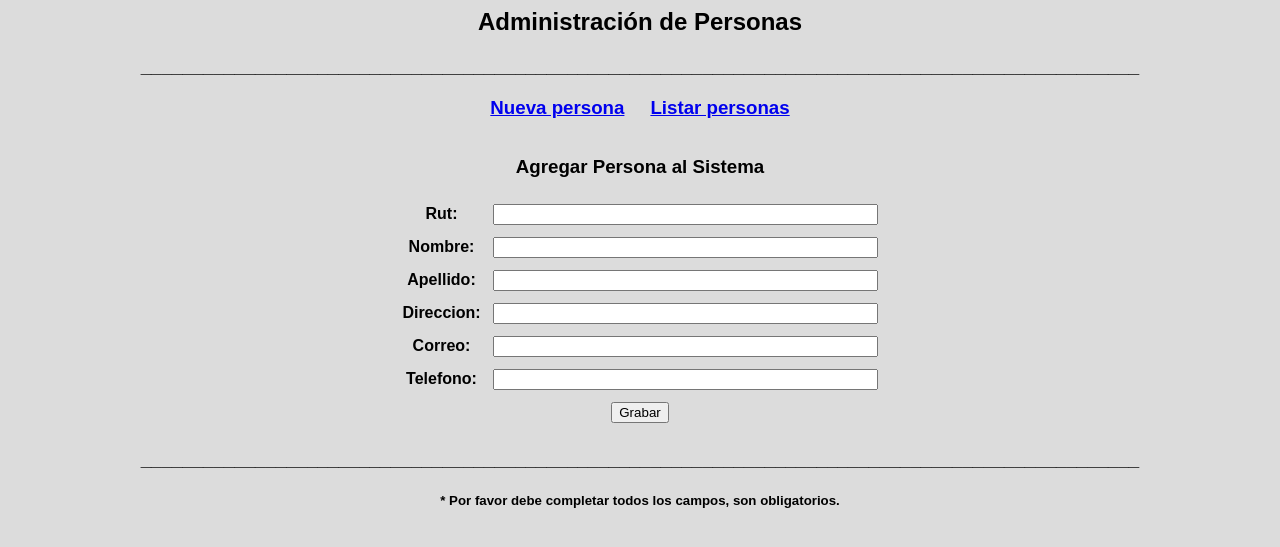
Repository: miguelalvarezcl/examen
Page: http://localhost/CtaCorriente/newpersona
The author's editor kept a copy of each file at every save. The page is drawn from the files as they stood at one save, then again after the next save.
The browser window is 1280 px wide. The pictures show the whole page.
The page is served by Tomcat 9. Other server files are loaded and not shown.

Above is the page before, as saved 2021-11-13 21:57:19.

### CtaCorriente/WebContent/FormularioPersona.jsp
<%@ page language="java" contentType="text/html; charset=UTF-8"
    pageEncoding="UTF-8"%>
<%@ taglib uri = "http://java.sun.com/jsp/jstl/core" prefix = "c" %>
<html>
<head>
    <title>:::... Banco Platinum ...:::</title>
</head>
<body>

    <center>
        <h2>Administración de Personas</h2>
        <h3>________________________________________________________________________________________________</h3>
        <h3>
            <a href="/CtaCorriente/newpersona">Nueva persona</a>
            &nbsp;&nbsp;&nbsp;
            <a href="/CtaCorriente/listPersonabd">Listar personas</a>
        </h3>
    </center>
    <div align="center">
        <c:if test="${personabd != null}">
            <form action="updatepersona" method="post">
        </c:if>
        <c:if test="${personabd == null}">
            <form action="insertpersona" method="post">
        </c:if>
        <table border="0" cellpadding="5">
            <caption>
                <h3>
                    <c:if test="${personabd != null}">
                        Editar persona
                    </c:if>
                    <c:if test="${personabd == null}">
                        Agregar Persona al Sistema
                    </c:if>
                </h3>
            </caption>

					<c:if test="${personabd != null}">
                        <tr>
                			<th>Rut: </th>
                		<td>
                    		<input type="text" name="rut" size="45" readonly
                            value="${personabd.rut}"
                        	/>
                		</td>
            			</tr>
                    </c:if>
                    <c:if test="${personabd == null}">
                        <tr>
                			<th>Rut: </th>
                		<td>
                    		<input type="text" name="rut" size="45"
                            value="${personabd.rut}"
                        	/>
                		</td>
            			</tr>

                    </c:if>




            <tr>
                <th>Nombre: </th>
                <td>
                    <input type="text" name="nombre" size="45"
                            value="${personabd.nombre}"
                        />
                </td>
            </tr>
            <tr>
                <th>Apellido: </th>
                <td>
                    <input type="text" name="apellido" size="45"
                            value="${personabd.apellido}"
                    />
                </td>
            </tr>

            <tr>
                <th>Direccion: </th>
                <td>
                    <input type="text" name="direccion" size="45"
                            value="${personabd.direccion}"
                    />
                </td>
            </tr>

            <tr>
                <th>Correo: </th>
                <td>
                    <input type="text" name="correo" size="45"
                            value="${personabd.correo}"
                    />
                </td>
            </tr>

            <tr>
                <th>Telefono: </th>
                <td>
                    <input type="text" name="telefono" size="45"
                            value="${personabd.telefono}"
                    />
                </td>
            </tr>



            <tr>
                <td colspan="2" align="center">
                    <input type="submit" value="Grabar" />
                </td>
            </tr>
        </table>
        </form>
    </div>
        <center>
        	<h3>________________________________________________________________________________________________</h3>
        	<h5>* Por favor debe completar todos los campos, son obligatorios.</h5>
    	</center>
</body>
</html>

<style>
body{
	font-family: arial, helvetica;
	background: #DCDCDC;
}
</style>

### CtaCorriente/src/com/platinum/ControllerServlet.java
package com.platinum;

import java.io.IOException;
import java.sql.SQLException;
import java.util.List;

import javax.servlet.RequestDispatcher;
import javax.servlet.ServletException;
import javax.servlet.http.HttpServlet;
import javax.servlet.http.HttpServletRequest;
import javax.servlet.http.HttpServletResponse;


public class ControllerServlet extends HttpServlet {
    private static final long serialVersionUID = 1L;
    private UsuariobdDAO usuariobdDAO;
    private PersonabdDAO personabdDAO;
    private CuentabdDAO cuentabdDAO;
    private TransferenciaDAO transferenciaDAO;

    public void init() {
        String jdbcURL = getServletContext().getInitParameter("jdbcURL");
        String jdbcUsername = getServletContext().getInitParameter("jdbcUsername");
        String jdbcPassword = getServletContext().getInitParameter("jdbcPassword");

        usuariobdDAO = new UsuariobdDAO(jdbcURL, jdbcUsername, jdbcPassword);
        personabdDAO = new PersonabdDAO(jdbcURL, jdbcUsername, jdbcPassword);
        cuentabdDAO = new CuentabdDAO(jdbcURL, jdbcUsername, jdbcPassword);
        transferenciaDAO = new TransferenciaDAO(jdbcURL, jdbcUsername, jdbcPassword);

    }

    protected void doPost(HttpServletRequest request, HttpServletResponse response)
            throws ServletException, IOException {
        doGet(request, response);
    }

    protected void doGet(HttpServletRequest request, HttpServletResponse response)
            throws ServletException, IOException {
        String action = request.getServletPath();

        try {
            switch (action) {
            case "/new":
                showNewForm(request, response);
                break;
            case "/newpersona":
                showNewFormPersona(request, response);
                break;

            case "/newcuenta":
                showNewFormCuenta(request, response);
                break;

            case "/newtransferencia":
                showNewFormTransferencia(request, response);
                break;

            case "/insert":
                insertUsuariobd(request, response);
                break;

            case "/insertpersona":
                insertPersonabd(request, response);
                break;

            case "/insertcuenta":
                insertCuentabd(request, response);
                break;

            case "/inserttransferencia":
                insertTransferencia(request, response);
                break;
            case "/deletecuenta":
                deleteCuentabd(request, response);
                break;

            case "/deletepersona":
                deletePersonabd(request, response);
                break;
            case "/delete":
                deleteUsuariobd(request, response);
                break;
            case "/editpersona":
                showEditFormPersona(request, response);
                break;

            case "/editcuenta":
                showEditFormCuenta(request, response);
                break;

            case "/edit":
                showEditForm(request, response);
                break;
            case "/update":
                updateUsuariobd(request, response);
                break;
            case "/updatepersona":
                updatePersonabd(request, response);
                break;

            case "/updatecuenta":
                updateCuentabd(request, response);
                break;


            case "/listPersonabd":
            	listPersonabd(request, response);
                break;

            case "/listCuentabd":
            	//System.out.println("1");
            	listCuentabd(request, response);
                break;
            case "/listTransferencia":
            	listTransferencia(request, response);
                break;
            default:
                listUsuariobd(request, response);
                break;
            }
        } catch (SQLException ex) {
            throw new ServletException(ex);
        }
    }



    private void listTransferencia(HttpServletRequest request, HttpServletResponse response)
            throws SQLException, IOException, ServletException {


        List<Transferencia> listTransferencia = transferenciaDAO.listAllTransferencia();

        request.setAttribute("listTransferencia", listTransferencia);
        RequestDispatcher dispatcher = request.getRequestDispatcher("ListaTransferencia.jsp");
        dispatcher.forward(request, response);
    }

    private void listCuentabd(HttpServletRequest request, HttpServletResponse response)
            throws SQLException, IOException, ServletException {


        List<Cuentabd> listCuentabd = cuentabdDAO.listAllCuentabd();

        request.setAttribute("listCuentabd", listCuentabd);
        RequestDispatcher dispatcher = request.getRequestDispatcher("ListaCuentas.jsp");
        dispatcher.forward(request, response);
    }

    private void listPersonabd(HttpServletRequest request, HttpServletResponse response)
            throws SQLException, IOException, ServletException {

        List<Personabd> listPersonabd = personabdDAO.listAllPersonabd();

        request.setAttribute("listPersonabd", listPersonabd);
        RequestDispatcher dispatcher = request.getRequestDispatcher("ListaPersonas.jsp");
        dispatcher.forward(request, response);
    }

    private void listUsuariobd(HttpServletRequest request, HttpServletResponse response)
            throws SQLException, IOException, ServletException {
        List<Usuariobd> listUsuariobd = usuariobdDAO.listAllUsuariosbd();
        request.setAttribute("listUsuariobd", listUsuariobd);
        RequestDispatcher dispatcher = request.getRequestDispatcher("ListaUsuarios.jsp");
        dispatcher.forward(request, response);
    }


    private void showNewForm(HttpServletRequest request, HttpServletResponse response)
            throws ServletException, IOException {
        RequestDispatcher dispatcher = request.getRequestDispatcher("FormularioUsuario.jsp");
        dispatcher.forward(request, response);
    }

    private void showNewFormPersona(HttpServletRequest request, HttpServletResponse response)
            throws ServletException, IOException {
        RequestDispatcher dispatcher = request.getRequestDispatcher("FormularioPersona.jsp");
        dispatcher.forward(request, response);
    }

    private void showNewFormCuenta(HttpServletRequest request, HttpServletResponse response)
            throws ServletException, IOException {
        RequestDispatcher dispatcher = request.getRequestDispatcher("FormularioCuenta.jsp");
        dispatcher.forward(request, response);
    }

    private void showNewFormTransferencia(HttpServletRequest request, HttpServletResponse response)
            throws ServletException, IOException {
        RequestDispatcher dispatcher = request.getRequestDispatcher("FormularioTransferencia.jsp");
        dispatcher.forward(request, response);
    }


    private void showEditForm(HttpServletRequest request, HttpServletResponse response)
            throws SQLException, ServletException, IOException {
        int id = Integer.parseInt(request.getParameter("id"));
        Usuariobd existingUsuariobd = usuariobdDAO.getUsuariobd(id);
        RequestDispatcher dispatcher = request.getRequestDispatcher("FormularioUsuario.jsp");
        request.setAttribute("usuariobd", existingUsuariobd);
        dispatcher.forward(request, response);

    }

    private void showEditFormPersona(HttpServletRequest request, HttpServletResponse response)
            throws SQLException, ServletException, IOException {
        String rut = request.getParameter("rut");
        Personabd existingPersonabd = personabdDAO.getPersonabd(rut);
        RequestDispatcher dispatcher = request.getRequestDispatcher("FormularioPersona.jsp");
        request.setAttribute("personabd", existingPersonabd);
        dispatcher.forward(request, response);


    }

    private void showEditFormCuenta(HttpServletRequest request, HttpServletResponse response)
            throws SQLException, ServletException, IOException {
        int id = Integer.parseInt(request.getParameter("id"));
        Cuentabd existingCuentabd = cuentabdDAO.getCuentabd(id);
        RequestDispatcher dispatcher = request.getRequestDispatcher("FormularioCuenta.jsp");
        request.setAttribute("cuentabd", existingCuentabd);
        dispatcher.forward(request, response);


    }

    private void insertUsuariobd(HttpServletRequest request, HttpServletResponse response)
            throws SQLException, IOException {
        String nombreusuario = request.getParameter("nombreusuario");
        String password = request.getParameter("password");


        Usuariobd newUsuariobd = new Usuariobd(nombreusuario, password);
        usuariobdDAO.insertUsuariobd(newUsuariobd);
        response.sendRedirect("list");
    }

    private void insertPersonabd(HttpServletRequest request, HttpServletResponse response)
            throws SQLException, IOException {
    	String rut = request.getParameter("rut");
        String nombre = request.getParameter("nombre");
        String apellido = request.getParameter("apellido");
        String direccion = request.getParameter("direccion");
        String correo = request.getParameter("correo");
        String telefono = request.getParameter("telefono");

        Personabd newPersonabd = new Personabd(rut,nombre, apellido,direccion,correo,telefono);
        personabdDAO.insertPersonabd(newPersonabd);
        response.sendRedirect("listPersonabd");
    }

    private void insertTransferencia(HttpServletRequest request, HttpServletResponse response)
            throws SQLException, IOException {
        String rutpersona = request.getParameter("rutpersona");
        int idusuario = Integer.parseInt(request.getParameter("idusuario"));
        int idcuenta = Integer.parseInt(request.getParameter("idcuenta"));
        int montotransferencia = Integer.parseInt(request.getParameter("montotransferencia"));
        int cuentatransferencia = Integer.parseInt(request.getParameter("cuentatransferencia"));
        String tipocuenta = request.getParameter("tipocuenta");

        Transferencia newTransferencia = new Transferencia(rutpersona, idusuario,idcuenta,montotransferencia,cuentatransferencia,tipocuenta);
        transferenciaDAO.insertTransferencia(newTransferencia);
        response.sendRedirect("listTransferencia");
    }

    private void insertCuentabd(HttpServletRequest request, HttpServletResponse response)
            throws SQLException, IOException {
        String rutcliente = request.getParameter("rutcliente");
        String monto = request.getParameter("monto");
        String ejecutivo = request.getParameter("ejecutivo");

        Cuentabd newCuentabd = new Cuentabd(rutcliente, monto,ejecutivo);
        cuentabdDAO.insertCuentabd(newCuentabd);
        response.sendRedirect("listCuentabd");
    }


    private void updatePersonabd(HttpServletRequest request, HttpServletResponse response)
            throws SQLException, IOException {
        String rut = request.getParameter("rut");
        String nombre = request.getParameter("nombre");
        String apellido = request.getParameter("apellido");
        String direccion = request.getParameter("direccion");
        String correo = request.getParameter("correo");
        String telefono = request.getParameter("telefono");


        Personabd personabd = new Personabd(rut, nombre, apellido,direccion,correo,telefono);
        personabdDAO.updatePersonabd(personabd);
        response.sendRedirect("listPersonabd");
    }


    private void updateCuentabd(HttpServletRequest request, HttpServletResponse response)
            throws SQLException, IOException {
    	System.out.println("paso");

        String rutcliente = request.getParameter("rutcliente");
        String monto = request.getParameter("monto");
        String ejecutivo = request.getParameter("ejecutivo");
        int id = Integer.parseInt(request.getParameter("id"));
        Cuentabd cuentabd = new Cuentabd(id, rutcliente, monto , ejecutivo);
        System.out.println("paso2");
        cuentabdDAO.updateCuentabd(cuentabd);
        response.sendRedirect("listCuentabd");
    }


    private void updateUsuariobd(HttpServletRequest request, HttpServletResponse response)
            throws SQLException, IOException {
        int id = Integer.parseInt(request.getParameter("id"));
        String nombreusuario = request.getParameter("nombreusuario");
        String password = request.getParameter("password");


        Usuariobd usuariobd = new Usuariobd(id, nombreusuario, password);
        usuariobdDAO.updateUsuariobd(usuariobd);
        response.sendRedirect("list");
    }

    private void deleteUsuariobd(HttpServletRequest request, HttpServletResponse response)
            throws SQLException, IOException {
        int id = Integer.parseInt(request.getParameter("id"));

        Usuariobd usuariobd = new Usuariobd(id);
        usuariobdDAO.deleteUsuariobd(usuariobd);
        response.sendRedirect("list");

    }

    private void deletePersonabd(HttpServletRequest request, HttpServletResponse response)
            throws SQLException, IOException {
        String rut = request.getParameter("rut");

        Personabd personabd = new Personabd(rut);
        personabdDAO.deletePersonabd(personabd);
        response.sendRedirect("listPersonabd");
    }


    private void deleteCuentabd(HttpServletRequest request, HttpServletResponse response)
            throws SQLException, IOException {
        int id = Integer.parseInt(request.getParameter("id"));

        Cuentabd cuentabd = new Cuentabd(id);
        cuentabdDAO.deleteCuentabd(cuentabd);
        response.sendRedirect("listCuentabd");
    }



}

After the next save:
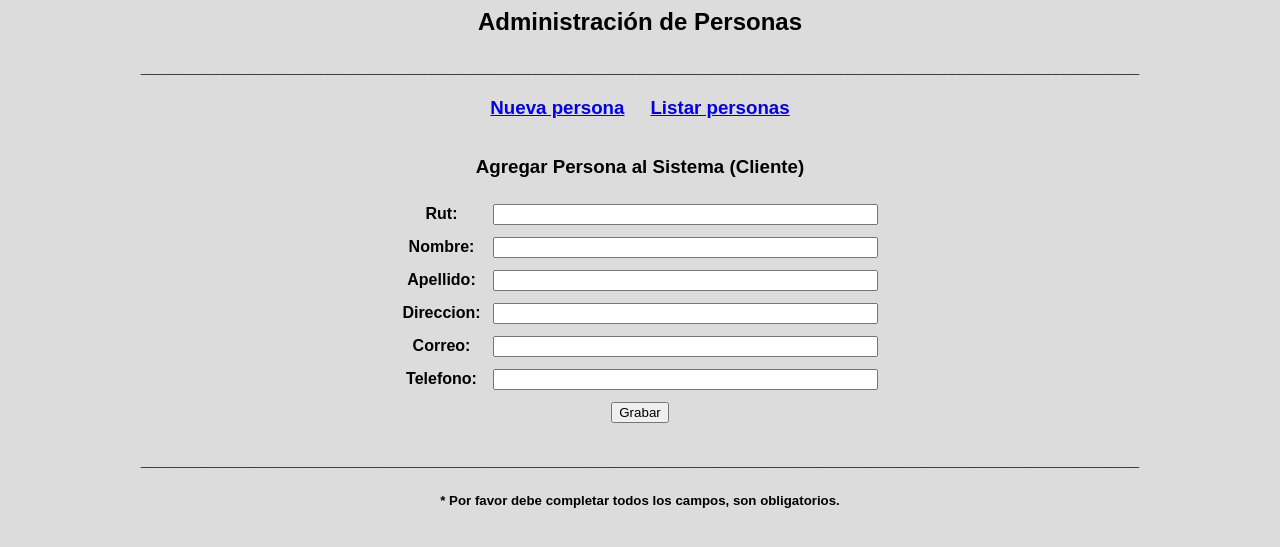
Saved 3 min 38 s later.
--- a/CtaCorriente/WebContent/FormularioPersona.jsp
+++ b/CtaCorriente/WebContent/FormularioPersona.jsp
@@ -30,7 +30,7 @@
                         Editar persona
                     </c:if>
                     <c:if test="${personabd == null}">
-                        Agregar Persona al Sistema
+                        Agregar Persona al Sistema (Cliente)
                     </c:if>
                 </h3>
             </caption>
